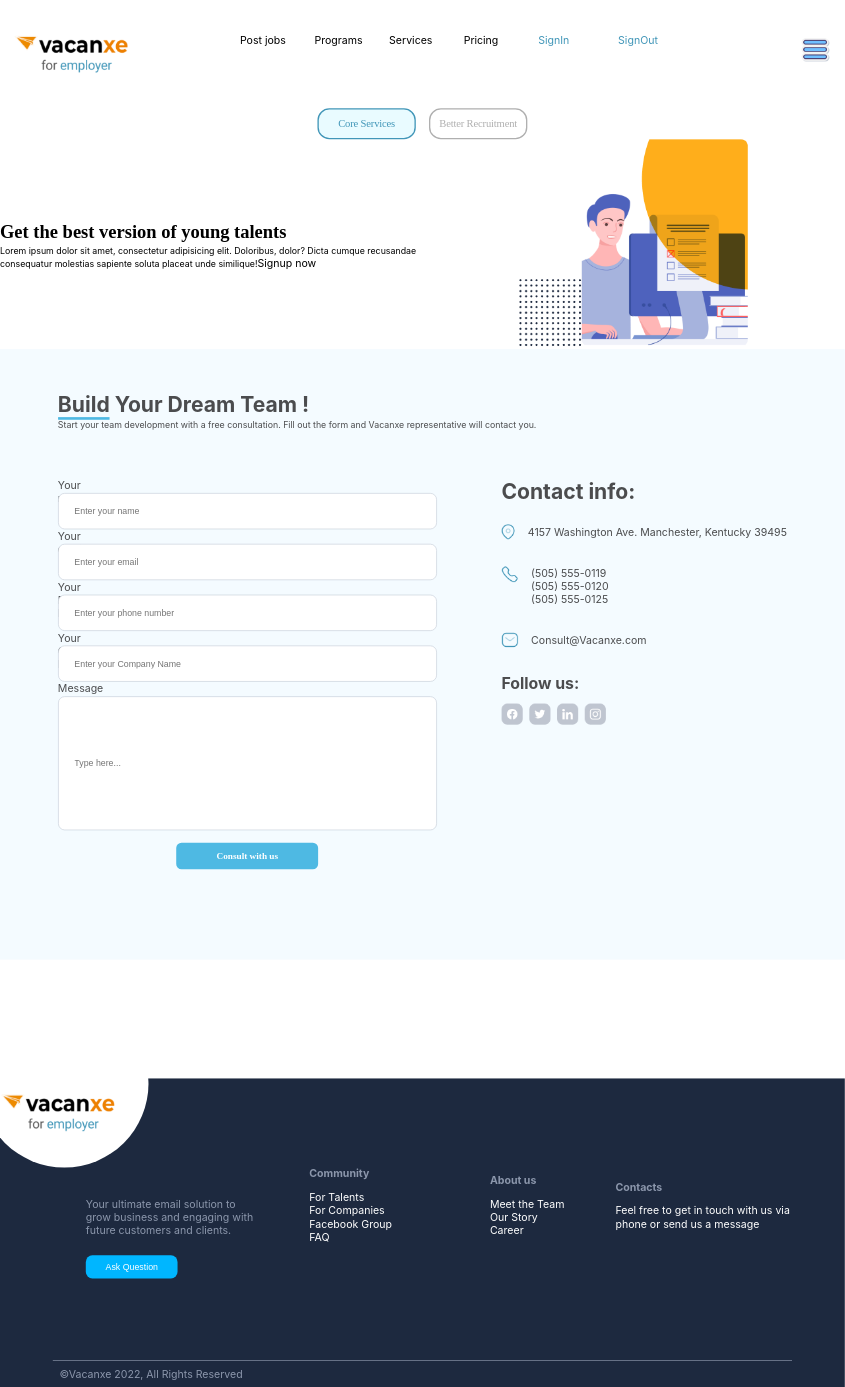
Repository: uh-sman/Vacanxe
Page: /
An editor plug-in stored every save of this project. The page is shown before and after the next save, followed by the edit.
The browser window is 1280 px wide. The pictures show the whole page, at 66% of full size.
The project was rebuilt for these pictures with package versions that can differ from the ones it lists, and the page was loaded fresh each time.

Above is the page before, as saved 2022-12-03 16:39:05.

### src/App.js
import logo from "./logo.svg";
import "./App.css";
import Head from "./components/Head";

function App() {
  return (
    <div className="App">
      <Head />
    </div>
  );
}

export default App;

### src/App.css
* {
  margin: 0;
  padding: 0;
  box-sizing: border-box;
  list-style: none;
  text-decoration: none;
}
/* @keyframes App-logo-spin {
  from {
    transform: rotate(0deg);
  }
  to {
    transform: rotate(360deg);
  }
} */

### src/components/Head.js
import React from "react";
import { Body } from "./Body";
import { Footer } from "./Footer";
import { Navbar } from "./Navbar";
import { Team } from "./Team";

const Head = () => {
  return (
    <div>
      <Navbar />
      <Body />
      <Team />
      <Footer />
    </div>
  );
};

export default Head;

### src/components/Body.jsx
import React from "react";
import { Services } from "./Services";
import { Versions } from "./Versions";
export const Body = () => {
  return (
    <div>
      <Services />
      <Versions />
    </div>
  );
};

### src/components/Footer.jsx
import React from "react";
import logo from "../assets/logo 1.png";
import "./footer.css";
export const Footer = () => {
  return (
    <div>
      <div className="footer-section">
        <div className="image-logo">
          <img src={logo} />
        </div>
        <div className="footer-texts">
          <div className="div">
            <p className="text">
              Your ultimate email solution to grow business and engaging with
              future customers and clients.
            </p>
            <button className="button">Ask Question</button>
          </div>
          <div className="div">
            <ul>
              <h4>Community</h4>
              <li>For Talents</li>
              <li>For Companies</li>
              <li>Facebook Group</li>
              <li>FAQ</li>
            </ul>
          </div>
          <div className="div">
            <ul>
              <h4>About us</h4>
              <li>Meet the Team</li>
              <li>Our Story</li>
              <li>Career</li>
            </ul>
          </div>
          <div className="div">
            <ul>
              <h4>Contacts</h4>
              <p>
                Feel free to get in touch with us via phone or send us a message
              </p>
            </ul>
          </div>
        </div>
        <div className="div">
          <ul>
            <li className="copyright">
              &copy;Vacanxe 2022, All Rights Reserved
            </li>
            <li></li>
          </ul>
        </div>
      </div>
    </div>
  );
};

### src/components/Navbar.jsx
import React from "react";
import logo from "../assets/logo 1.png";
import { data } from "./data";
import { signin } from "./data";
import "./navbar.css";
import { SideNav } from "./SideNav";
export const Navbar = () => {
  return (
    <div>
      <nav>
        <div className="navbar-container">
          <div>
            <img src={logo} />
          </div>
          <div className="navbar-nav">
            <div className="nav-list">
              {data.map(({ id, title }) => {
                return (
                  <ul key={id}>
                    <li>{title}</li>
                  </ul>
                );
              })}
            </div>
            <div className="link">
              {signin.map(({ id, title }) => {
                return (
                  <a href="" key={id}>
                    {title}
                  </a>
                );
              })}
            </div>
          </div>
          <SideNav />
        </div>
        <div></div>
      </nav>
    </div>
  );
};

### src/components/Team.jsx
import React from "react";
import { ContactInfo } from "./ContactInfo";
import { Form } from "./Form";
import "./team.css";
export const Team = () => {
  return (
    <div>
      <div className="team-container">
        <div className="team">
          <div className="build">
            <div className="team-header">
              <h1>
                <span className="custom"> Build</span> Your Dream Team !
              </h1>
              <small className="small">
                Start your team development with a free consultation. Fill out
                the form and Vacanxe representative will contact you.
              </small>
            </div>
            <div className="flexed">
              {" "}
              <div>
                <Form />
              </div>
              <div>
                <ContactInfo />
              </div>
            </div>
          </div>
        </div>
      </div>
    </div>
  );
};
// ;

### src/components/Services.jsx
import React from "react";
import "./services.css";
export const Services = () => {
  return (
    <div>
      <div>
        <ul className="services-button-section">
          <a className="btn-core">Core Services</a>
          <a className="btn-better">Better Recruitment</a>
        </ul>
      </div>
    </div>
  );
};

### src/components/Versions.jsx
import React from "react";
import "./version.css";
import man from "../assets/computer.png";
import dotted from "../assets/Dot Pattern 1.png";
export const Versions = () => {
  return (
    <div>
      <div className="versions-container">
        <div className="versions-section">
          <div>
            <h2 className="h2">Get the best version of young talents</h2>
            <small>
              Lorem ipsum dolor sit amet, consectetur adipisicing elit.
              Doloribus, dolor? Dicta cumque recusandae consequatur molestias
              sapiente soluta placeat unde similique!
            </small>
            <a className="version-link">Signup now </a>
          </div>
          <div>
            <img src={dotted} />
            <img src={man} />
          </div>
          <div></div>
          <div></div>
          <div></div>
          <div></div>
        </div>
      </div>
    </div>
  );
};

### src/components/footer.css
.footer-section {
  background: #1d293f;
  /* height: 533px; */
  /* width: 1600px; */
  /* left: 127px; */
  /* top: 0px;
  border-radius: 0px; */
}

.image-logo {
  position: absolute;
  /* top: 0; */
  margin-top: -120px;
  /* left: -2px; */
  /* display: flex;
  align-items: center;
  justify-content: center; */
  background-color: white;
  padding-top: 140px;
  padding-left: 30px;
  /* width: 25%; */
  /* height: 40%; */
  /* padding: 10px; */
  height: 255px;
  width: 255px;
  left: -30px;
  /* top: -105px; */
  border-radius: 0px;

  border-radius: 50%;
}
.button {
  border: none;
  margin-top: 28px;
  color: white;
  background: #00b6ff;
  padding: 10px 30px;
  border-radius: 10px;
}
.ultimate-email {
  color: white;
  position: absolute;
  margin-top: 180px;
  padding-left: 245px;
  /* height: 84px;
  left: 21.54%;
  right: 63.06%;
  top: calc(50% - 84px / 2 - 108.5px); */
}
.footer-texts {
  color: #ffff;
  display: grid;
  padding-top: 80px;
  padding-left: 50px;
  /* margin-left: 120px; */
  margin: 0px 80px;
  place-items: center;
  /* margin-right: 40px; */
  margin-top: 180px;
  grid-template-columns: 1fr 1fr 1fr 1fr;
  padding-bottom: 124px;
  border-bottom: 1px solid #8c97ac;
}
.footer-texts h4 {
  color: #8c97ac;
  margin-bottom: 16px;
}
/* .ultimate-email p {
  width: 40%;
} */
.text {
  margin-top: 100px;
  color: #8c97ac;
}
.copyright {
  color: #8c97ac;
  padding: 10px 90px;
}
@media only screen and (min-width: 650px) and (max-width: 1200px) {
  .footer-texts {
    padding-top: 150px;
    grid-template-columns: 1fr 1fr;
    text-align: center;
  }
  .text {
    margin-top: 0px;
  }
  .div {
    margin-bottom: 40px;
  }
}
@media only screen and (max-width: 650px) {
  .footer-texts {
    padding-left: 0px;
    padding-top: 180px;
    grid-template-columns: 1fr;
    text-align: center;
  }
  .text {
    margin-top: 0px;
  }
  .div {
    margin-bottom: 40px;
  }
}

### src/components/data.js
export const data = [
  {
    id: 1,
    title: "Post jobs",
  },
  {
    id: 2,
    title: "Programs",
  },
  {
    id: 3,
    title: "Services",
  },
  {
    id: 4,
    title: "Pricing",
  },
];

export const signin = [
  {
    id: 1,
    title: "SignIn",
  },
  {
    id: 2,
    title: "SignOut",
  },
];

### src/components/navbar.css
.navbar-container {
  display: flex;
  justify-content: space-between;
  margin: 50px 20px;
}
.nav-list {
  display: flex;
  gap: 30px;
}
.navbar-nav {
  display: flex;
  gap: 30px;
}
.nav-list ul li {
  height: 43px;
  width: 83px;
  left: 770px;
  top: 36px;
  /* border-radius: nullpx; */
}
.link {
  /* margin-right: 80px; */
  display: flex;
  gap: 10px;
}
.link a {
  color: #4196b8;
  height: 31px;
  width: 111px;
  left: 1221px;
  top: 47px;
  /* border-radius: nullpx; */
}
.burger-img {
  width: 50px;
}
@media only screen and (max-width: 1200px) {
  .navbar-nav {
    display: none;
  }
  .sidebar-container {
    /* display: inline-block; */
    /* margin: 0 0.5rem; */
    /* animation: slideInRight 2s; */
    /* animation-duration: 2s; */
    border-top-left-radius: 10px;
    border-bottom-left-radius: 10px;
    height: 100%;
    width: 60%;
    top: 0px;
    right: 0px;
    background-color: #222222;
    position: fixed;
  }
}

### src/components/SideNav.jsx
import React, { useState } from "react";
import "./navbar.css";
import burger from "../assets/burger-menu.png";
import { data } from "./data";
export const SideNav = () => {
  const [open, setOpen] = useState(false);
  return (
    <div>
      {open ? (
        data.map(({ title, id }) => {
          return (
            <div key={id} className="sidebar-container">
              <ul>
                {/* <h1></h1> */}
                <li>{title}</li>
              </ul>
            </div>
          );
        })
      ) : (
        <img
          src={burger}
          className="burger-img"
          onClick={(e) => setOpen(!open)}
        />
      )}
    </div>
  );
};

### src/components/ContactInfo.jsx
import React from "react";
import "./contact.css";
import location from "../assets/Location.png";
import message from "../assets/Message.png";
import twitter from "../assets/twitter.png";
import facebook from "../assets/facebook.png";
import instagram from "../assets/instagram.png";
import linkedin from "../assets/linkedin.png";
import stroke from "../assets/Stroke 5.png";
export const ContactInfo = () => {
  return (
    <div>
      <div className="contact-container">
        <h1 className="header-text">Contact info:</h1>
        <div className="contact-section">
          <div>
            <p className="contact">
              <img src={location} /> 4157 Washington Ave. Manchester, Kentucky
              39495
            </p>
          </div>
          <div>
            <ul className="contact-list">
              <div>
                <img src={stroke} />
              </div>
              <div>
                <li>(505) 555-0119</li>
                <li>(505) 555-0120</li>
                <li>(505) 555-0125</li>
              </div>
            </ul>
          </div>
          <div>
            <p className="contact">
              <img src={message} /> Consult@Vacanxe.com
            </p>
          </div>
          <div>
            <h2>Follow us:</h2>
            <div className="socials">
              <img src={facebook} />
              <img src={twitter} />
              <img src={linkedin} />
              <img src={instagram} />
            </div>
          </div>
        </div>
      </div>
    </div>
  );
};

### src/components/Form.jsx
import React from "react";
import { ContactInfo } from "./ContactInfo";
import "./form.css";
export const Form = () => {
  return (
    <div>
      <div className="team-section">
        <div>
          <form className="form-container">
            <div className="form">
              <label>Your name</label>
              <input className="input-field" placeholder="Enter your name" />
            </div>
            <div className="form">
              <label>Your email</label>
              <input className="input-field" placeholder="Enter your email" />
            </div>
            <div className="form">
              <label>Your Phone Number</label>
              <input
                className="input-field"
                placeholder="Enter your phone number"
              />
            </div>
            <div className="form">
              <label>Your Company Name</label>
              <input
                className="input-field"
                placeholder="Enter your Company Name"
              />
            </div>
            <div className="form">
              <label>Message</label>
              <input className="message" placeholder="Type here..." />
            </div>
            <button className="form-button">Consult with us</button>
          </form>
        </div>
      </div>
    </div>
  );
};

### src/components/team.css
.team-container {
  background: #f4fbff;
  /* height: 1101px; */
  /* width: 1539px; */
  /* left: -14px;
top: 2142px; */
  border-radius: 0px;
}
.custom {
  border-bottom: 4px solid #4eb9e3;
}
.build {
  color: #4b4c4e;
}
.flexed {
  margin: 73px 0px;
  display: flex;
  gap: 98px;
}
.team {
  display: flex;
  justify-content: center;
  padding: 64px 0px;
}
/* .small {
  padding-bottom: 73px;
} */
@media only screen and (max-width: 950px) {
  .flexed {
    flex-direction: column;
  }
  .team-header {
    text-align: center;
  }
}

### src/components/services.css
.services-button-section {
  display: flex;
  gap: 20px;
  justify-content: center;
}
.btn-core {
  font-family: Poppins;
  font-size: 16px;
  font-weight: 500;
  line-height: 24px;
  letter-spacing: -0.015em;
  text-align: center;
  border: 2px solid #4196b8;
  height: 47px;
  width: 149px;
  display: flex;
  align-items: center;
  justify-content: center;
  border-radius: 18px;
  background-color: #e9fbff;
  color: #4196b8;
}
.btn-better {
  font-family: Poppins;
  font-size: 16px;
  font-weight: 500;
  line-height: 24px;
  letter-spacing: -0.015em;
  text-align: center;
  border: 2px solid #afafaf;
  height: 47px;
  width: 149px;
  display: flex;
  align-items: center;
  justify-content: center;
  border-radius: 18px;
  background-color: #ededed 10%;
  color: #afafaf;
}

### src/components/version.css
.version-link {
}
.versions-section {
  display: grid;
  place-items: center;

  grid-template-columns: 1fr 1fr;
}
.h2 {
  font-family: Poppins;
  font-size: 28px;
  font-weight: 700;
  line-height: 37px;
  letter-spacing: 0em;
  /* text-align: left; */
  /* width: 379px;
  height: 74px; */

  /* font-family: "Poppins";
  font-style: normal;
  font-weight: 700;
  font-size: 28px;
  line-height: 37px; */
}
/* .versions-container {
  display: flex;
  flex-direction: column;
  justify-content: center;
  align-items: center;
  margin: auto;
} */

### src/components/contact.css
.header-text {
  /* height: 28px;
  width: 132px;
  left: 931px;
  top: 2435px;
  border-radius: nullpx; */
}
.contact {
  display: flex;
  align-items: center;
  gap: 20px;
}
.contact-section {
  display: flex;
  flex-direction: column;
  gap: 40px;
  margin: 30px 0px;
}
.contact-list {
  display: flex;
  gap: 20px;
}
.socials {
  margin-top: 16px;
  display: flex;
  gap: 10px;
}
@media only screen and (max-width: 750px) {
  .contact-container {
    padding: 0px 30px;
  }
}

### src/components/form.css
.form {
  display: flex;
  flex-direction: column;
}
.form label {
  height: 22px;
  width: 78px;
  left: 263px;
  top: 2409px;
  border-radius: nullpx;
}
.input-field {
  padding: 0px 24px;
  height: 55px;
  width: 574px;
  left: 259px;
  top: 2536px;
  border-radius: 10px;
  border: 1px solid #c8d0da;
  outline: transparent;
}
.message {
  padding: 0px 24px;
  height: 203px;
  width: 574px;
  left: 259px;
  /* top: 2839px; */
  border: 1px solid #c8d0da;
  border-radius: 10px;
  outline: transparent;
}
.form-button {
  font-family: Rubik;
  font-size: 14px;
  font-weight: 700;
  line-height: 16px;
  /* letter-spacing: 0em; */
  /* text-align: left; */

  margin-top: 19px;
  border: none;
  color: white;
  background-color: #4eb9e3;
  height: 40px;
  width: 215px;
  left: 257px;
  top: 3061px;
  border-radius: 8px;
  padding: 12px 24px 12px 24px;
}
.form-container {
  display: flex;
  flex-direction: column;
  align-items: center;
  justify-content: center;
}
/* .team-section {
  display: flex;
  justify-content: center;
  align-items: center;
} */

@media only screen and (min-width: 200px) and (max-width: 600px) {
  .input-field {
    width: 350px;
  }
  .message {
    width: 350px;
  }
}

Loaded but not shown: public/index.html (common file); src/index.js (common file); src/index.css (common file); src/reportWebVitals.js (common file)

After the next save:
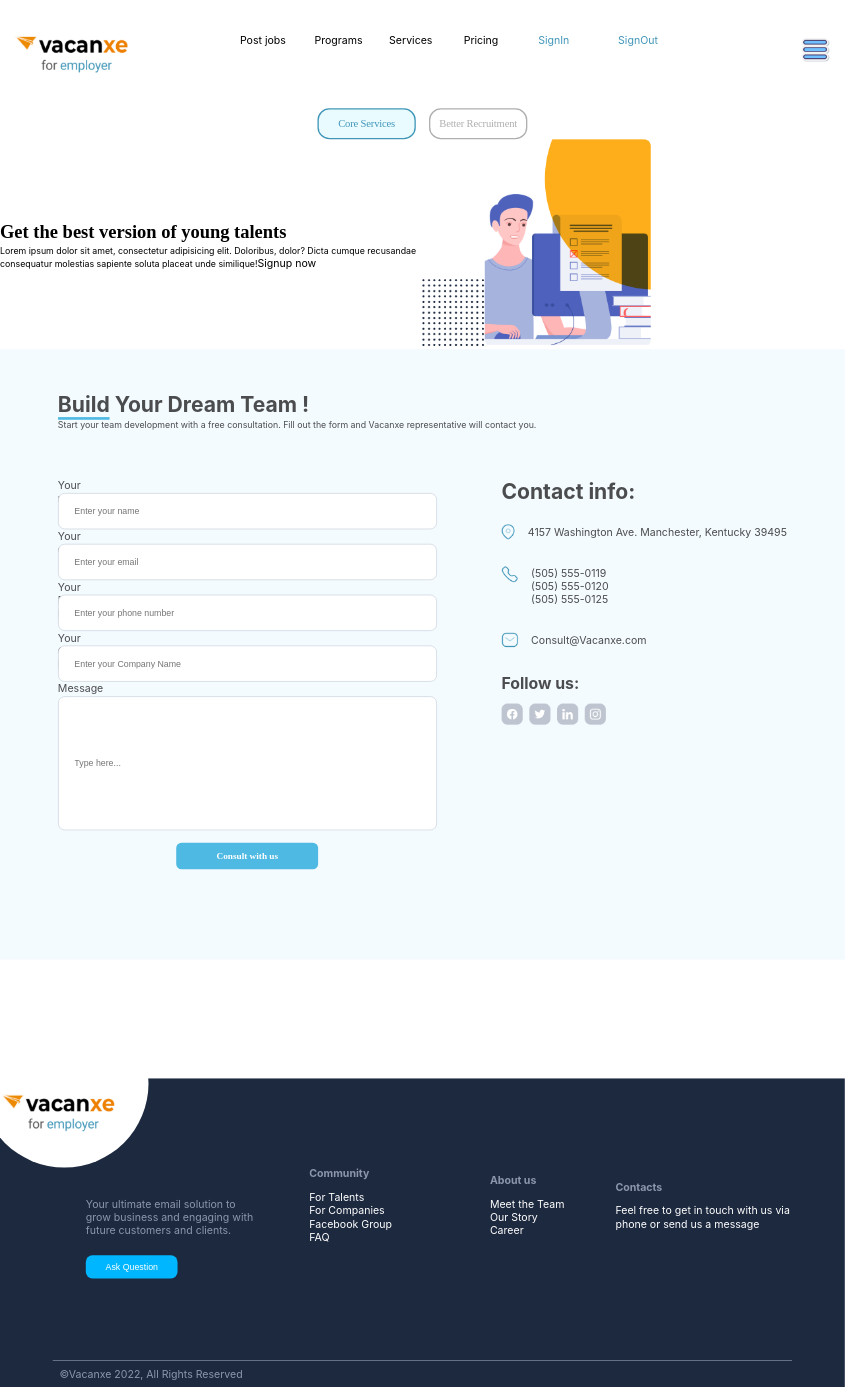
Saved 31 s later.
--- a/src/components/version.css
+++ b/src/components/version.css
@@ -2,7 +2,7 @@
 }
 .versions-section {
   display: grid;
-  place-items: center;
+  align-items: center;
 
   grid-template-columns: 1fr 1fr;
 }

After the save that followed:
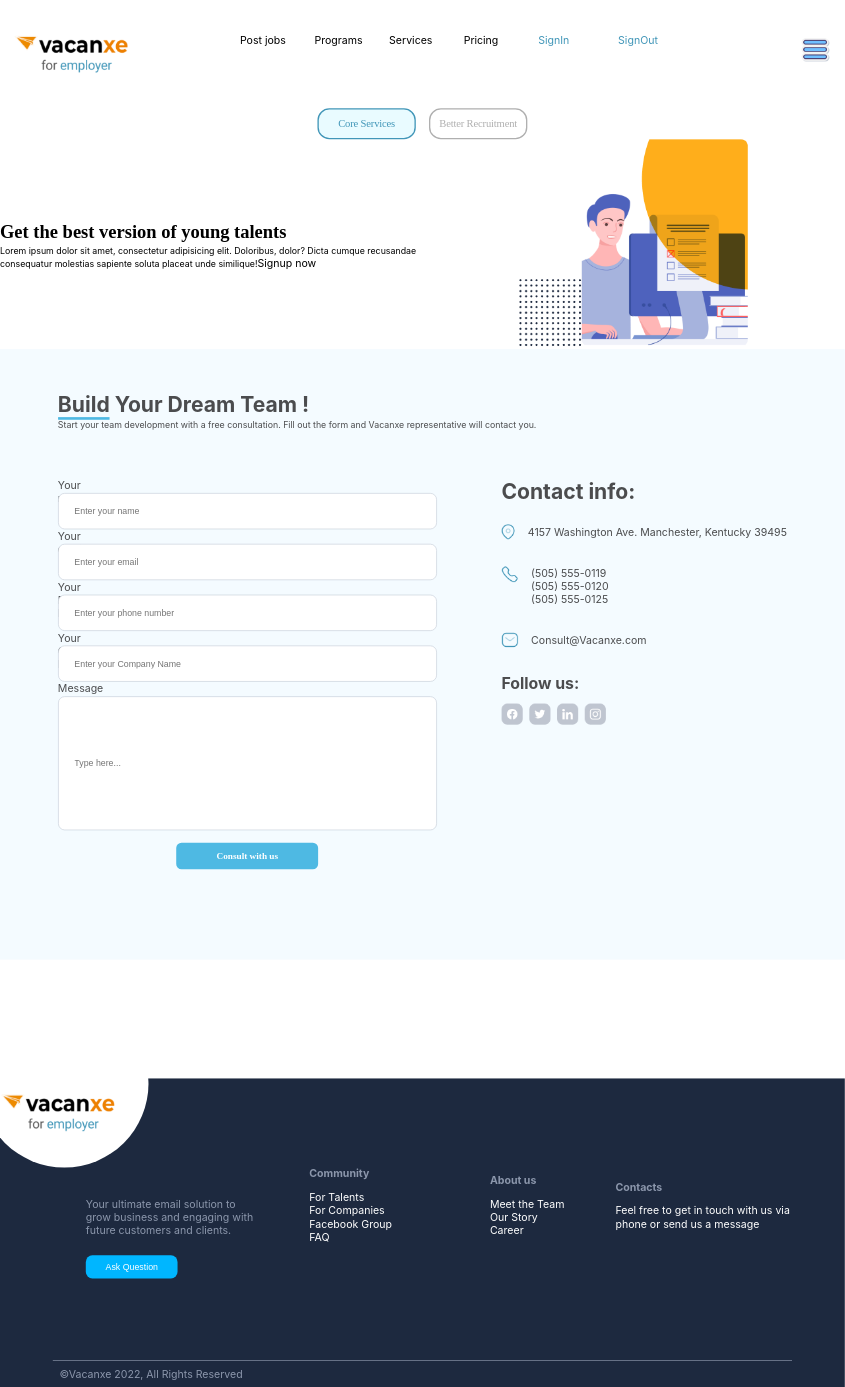
Saved 17 s later.
--- a/src/components/version.css
+++ b/src/components/version.css
@@ -2,7 +2,7 @@
 }
 .versions-section {
   display: grid;
-  align-items: center;
+  place-items: center;
 
   grid-template-columns: 1fr 1fr;
 }
